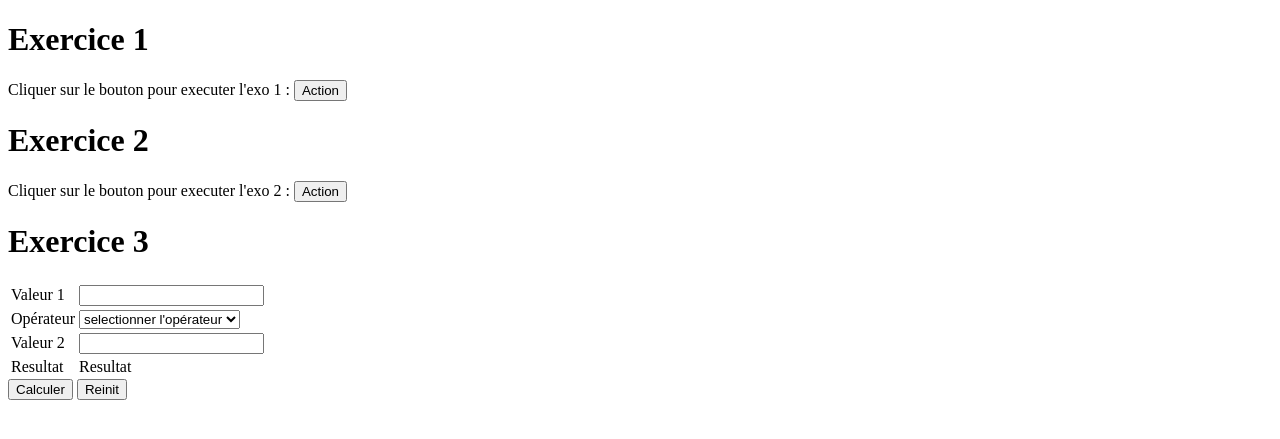
Repository: AgatheLM/formation_js
Page: insee-travaux-js/insee-client-js/exo1.html
The author's editor kept a copy of each file at every save. The page is drawn from the files as they stood at one save, then again after the next save.
The browser window is 1280 px wide. The pictures show the whole page.

Above is the page before, as saved 2018-01-24 15:33:15.

### insee-travaux-js/insee-client-js/exo1.html
<!DOCTYPE html>
<html>
<head>
<meta charset="utf-8">
<meta http-equiv="X-UA-Compatible" content="IE=edge">
<title>Exercice1</title>
<script type="text/javascript" src="scripts/exo1.js"></script>
</head>
<body>

	<h1>Exercice 1</h1>
	<form action="">
		Cliquer sur le bouton pour executer l'exo 1 : <input type="button"
			value="Action" onclick="main()" />
	</form>

	<h1>Exercice 2</h1>
	<form action="">
		Cliquer sur le bouton pour executer l'exo 2 : <input type="button"
			value="Action" onclick="main_exo2()" />
	</form>

	<h1>Exercice 3</h1>
	<form action="">
		<table>
			<tr>
				<td><label for="val1"> Valeur 1 </label></td>
				<td><input type="text" name="val1" id="val1" /></td>
			</tr>
			<tr>
				<td><label for="operateur"> Opérateur </label></td>
				<td><select name="operateur" id="operateur">
						<option value="none">selectionner l'opérateur</option>
						<option value="+">+</option>
						<option value="-">-</option>
						<option value="*">*</option>
						<option value="/">/</option>
				</select></td>
			</tr>
			<tr>
				<td><label for="val2"> Valeur 2 </label></td>
				<td><input type="text" name="val2" id="val2" /></td>
			</tr>
			<tr>
				<td><label for="resultat"> Resultat</label></td>
				<td><label id="result"> Resultat </label></td>
			</tr>
		</table>
		<input type="button" value="Calculer" onclick="main_exo3()" />
		<input type="reset" value="Reinit" onclick="main_exo3_reinit()" />
	</form>



</body>
</html>

### insee-travaux-js/insee-client-js/scripts/exo1.js

/*************************
* Exercice 1             *
*************************/

function main(){

	// Exercice 1
	try{
		// 1 - Demande à l'utilisateur
		var largeur = prompt ('Renseigner la largeur?','');
		var longueur = prompt ('Renseigner la longueur?','');
		//2. Appel aux fonctions utilitaires
		var surface=calculSurface(longueur, largeur);
		var perimetre=calculPerimetre(longueur, largeur);
		//3. Affichage du résultat
		alert ("La surface est de " + surface);
		alert ("Le périmètre est de " + perimetre);
	} catch(e) {
		console.log(e);
	}


}


	function calculSurface (longueur, largeur)  {
		try {
			surface=longueur*largeur;
			return surface;
		} catch(e){
			console.log(e);
		}

	}

	function calculPerimetre (longueur, largeur){
		try {
			perimetre=2*longueur+2*largeur;
			return perimetre;
		}catch(e){
			console.log(e);
		}

	}

After the next save:
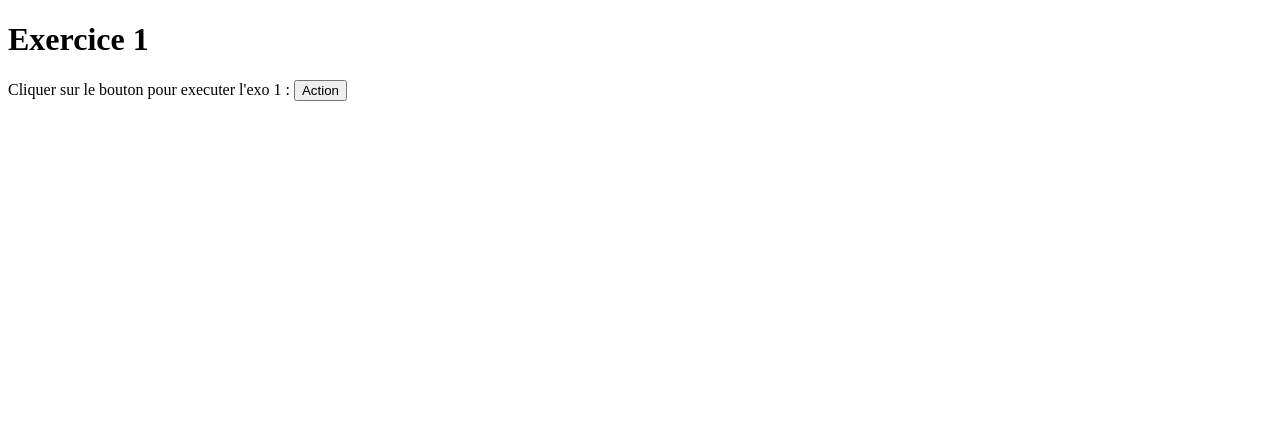
Saved 7 s later.
--- a/insee-travaux-js/insee-client-js/exo1.html
+++ b/insee-travaux-js/insee-client-js/exo1.html
@@ -14,41 +14,6 @@
 			value="Action" onclick="main()" />
 	</form>
 
-	<h1>Exercice 2</h1>
-	<form action="">
-		Cliquer sur le bouton pour executer l'exo 2 : <input type="button"
-			value="Action" onclick="main_exo2()" />
-	</form>
-
-	<h1>Exercice 3</h1>
-	<form action="">
-		<table>
-			<tr>
-				<td><label for="val1"> Valeur 1 </label></td>
-				<td><input type="text" name="val1" id="val1" /></td>
-			</tr>
-			<tr>
-				<td><label for="operateur"> Opérateur </label></td>
-				<td><select name="operateur" id="operateur">
-						<option value="none">selectionner l'opérateur</option>
-						<option value="+">+</option>
-						<option value="-">-</option>
-						<option value="*">*</option>
-						<option value="/">/</option>
-				</select></td>
-			</tr>
-			<tr>
-				<td><label for="val2"> Valeur 2 </label></td>
-				<td><input type="text" name="val2" id="val2" /></td>
-			</tr>
-			<tr>
-				<td><label for="resultat"> Resultat</label></td>
-				<td><label id="result"> Resultat </label></td>
-			</tr>
-		</table>
-		<input type="button" value="Calculer" onclick="main_exo3()" />
-		<input type="reset" value="Reinit" onclick="main_exo3_reinit()" />
-	</form>
 
 
 
